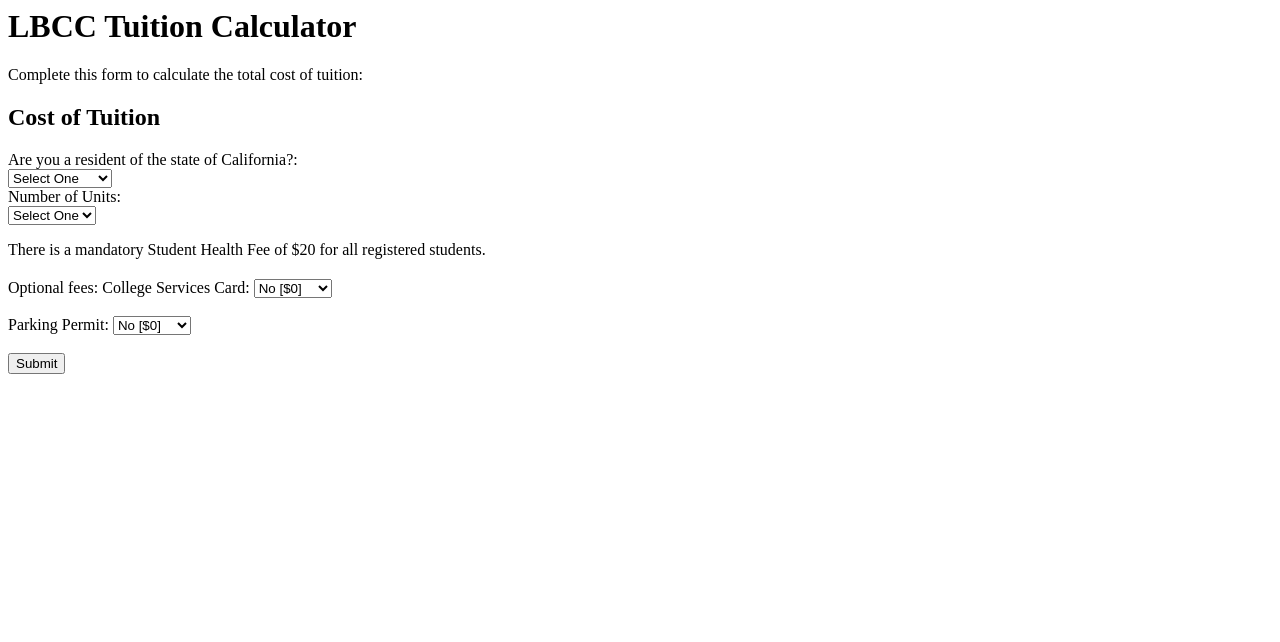
Repository: lilliebee/COSW30
Page: homework/homework3/tuition_calculator.html
The author's editor kept a record of every edit. The page is drawn from the files as they stood at one moment, then again after the next edit.
The browser window is 1280 px wide. The pictures show the whole page.

Above is the page before.

### homework/homework3/tuition_calculator.html
<html>
    <head>
        <meta charset="UTF-8">
        <title>Homework 3</title>
    </head>
    <body>
        <h1>LBCC Tuition Calculator</h1>
        <p>Complete this form to calculate the total cost of tuition:</p>

        <form action="process_tuition.php" method="POST" target="_blank">
             <h2>Cost of Tuition</h2>
            <div class = "label"><label for="residency">Are you a resident of the state of California?: </div>
            <div class="field"><select name="resident" id="resident" required>
                <option value="" selected disabled> Select One</option>
                <option value="Yes">Resident</option>
                <option value="No">Non-Resident</option>
            </select>
            </div>


            <div class = "label"> <label for="units">Number of Units:</label></div>
            <div class = "input"><select name="units" required>
                <option value="" selected disabled> Select One</option>
                <option value="1">1</option>
                <option value="2">2</option>
                <option value="3">3</option>
                <option value="4">4</option>
                <option value="5">5</option>
                <option value="6">6</option>
                <option value="7">7</option>
                <option value="8">8</option>
                <option value="9">9</option>
                <option value="10">10</option>
                <option value="11">11</option>
                <option value="12">12</option>
                <option value="13">13</option>
                <option value="14">14</option>
                <option value="15">15</option>
                <option value="16">16</option>
                <option value="17">17</option>
                <option value="18">18</option>
                <option value="19">19</option>
                <option value="20">20</option>
                <option value="21">21</option>
            </select></div>
            <p>There is a mandatory Student Health Fee of $20 for all registered students.</p>

            <h2></h2>Optional fees:</h2>
            <label for="services">College Services Card: <select name="services">
                <option value="0">No [$0]</option>
                <option value="20">Yes [$20]</option>
            </select></label><br>
            <br>
            <label for="parking">Parking Permit: <select name="parking">
                <option value="0">No [$0]</option>
                <option value="30">Yes [$30]</option>
            </select></label><br>
            <br>
            <input type="submit" value="Submit">
        </form>
    </body>
</html>

After the next edit:
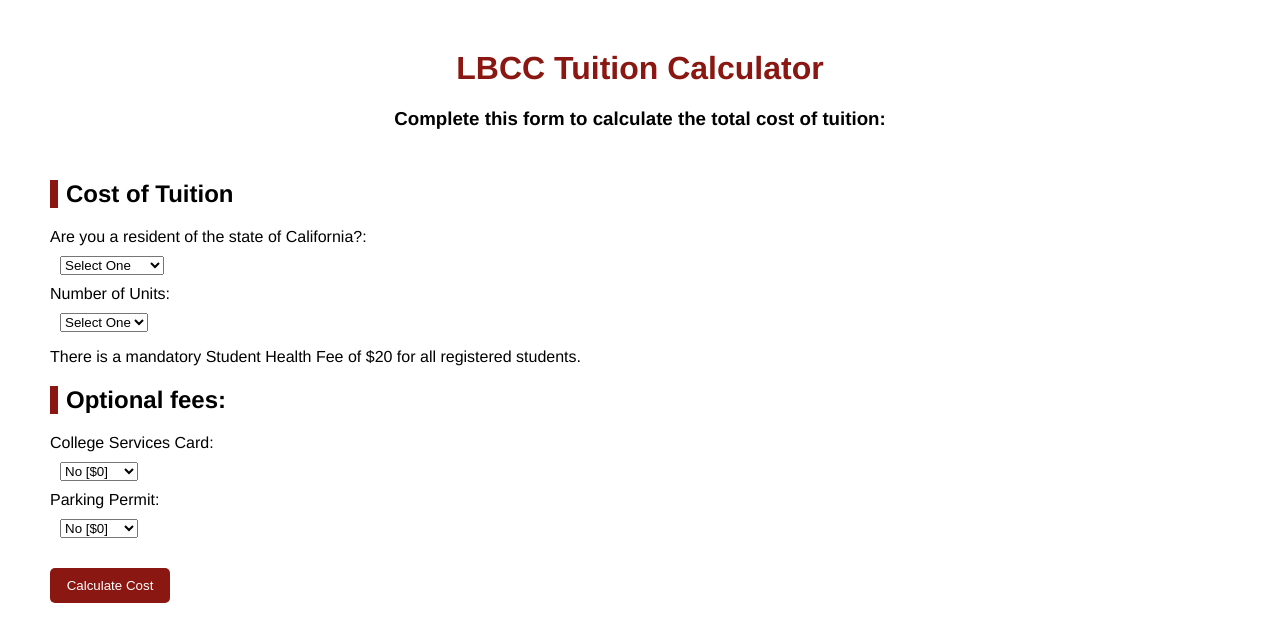
The edit:
--- a/homework/homework3/tuition_calculator.html
+++ b/homework/homework3/tuition_calculator.html
@@ -2,15 +2,50 @@
     <head>
         <meta charset="UTF-8">
         <title>Homework 3</title>
+        <style type="text/css">
+body {
+  margin: 50px;
+  font-family: Helvetica, sans serif;
+}
+
+h1 {
+  text-align:center;
+  color:#8a1711;
+}
+
+h2 {
+  border-left: 8px #8a1711 solid;
+  padding-left: 8px;
+}
+
+h3{
+  text-align:center;
+  margin-bottom:50px;
+}
+
+.input {
+  margin: 10px;
+}
+button {
+  background-color:#8a1711;
+  color:white;
+  border-radius:5px;
+  border:none;
+  padding: 10px;
+  width: 120px;
+  margin-top:20px;
+}
+
+        </style>
     </head>
     <body>
         <h1>LBCC Tuition Calculator</h1>
-        <p>Complete this form to calculate the total cost of tuition:</p>
+        <h3>Complete this form to calculate the total cost of tuition:</h3>
 
         <form action="process_tuition.php" method="POST" target="_blank">
-             <h2>Cost of Tuition</h2>
+             <h2> Cost of Tuition</h2>
             <div class = "label"><label for="residency">Are you a resident of the state of California?: </div>
-            <div class="field"><select name="resident" id="resident" required>
+            <div class="input"><select name="resident" id="resident" required>
                 <option value="" selected disabled> Select One</option>
                 <option value="Yes">Resident</option>
                 <option value="No">Non-Resident</option>
@@ -45,18 +80,21 @@
             </select></div>
             <p>There is a mandatory Student Health Fee of $20 for all registered students.</p>
 
-            <h2></h2>Optional fees:</h2>
-            <label for="services">College Services Card: <select name="services">
+            <h2>Optional fees:</h2>
+
+              <div class="label"><label for="services">College Services Card: </label></div>
+             <div class="input"> <select name="services">
                 <option value="0">No [$0]</option>
                 <option value="20">Yes [$20]</option>
-            </select></label><br>
-            <br>
-            <label for="parking">Parking Permit: <select name="parking">
+               </select></div>
+
+              <div class="label"><label for="parking">Parking Permit:</label></div>
+              <div class="input"><select name="parking">
                 <option value="0">No [$0]</option>
                 <option value="30">Yes [$30]</option>
-            </select></label><br>
-            <br>
-            <input type="submit" value="Submit">
+              </select></div>
+
+            <button>Calculate Cost</button>
         </form>
     </body>
 </html>
